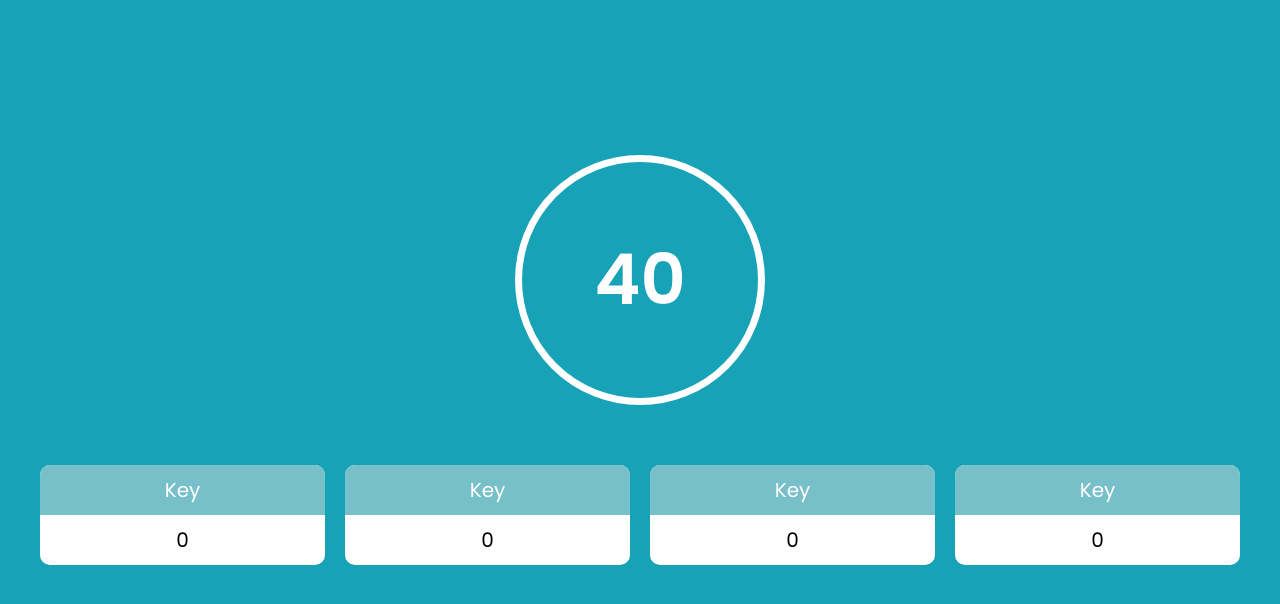
Repository: congnt98/Lean-javascript-in-project
Page: 30Days/6_Keydown/index.html
The author's editor kept a copy of each file at every save. The page is drawn from the files as they stood at one save, then again after the next save.
The browser window is 1280 px wide. The pictures show the whole page.

Above is the page before, as saved 2024-02-23 15:12:11.

After the next save:
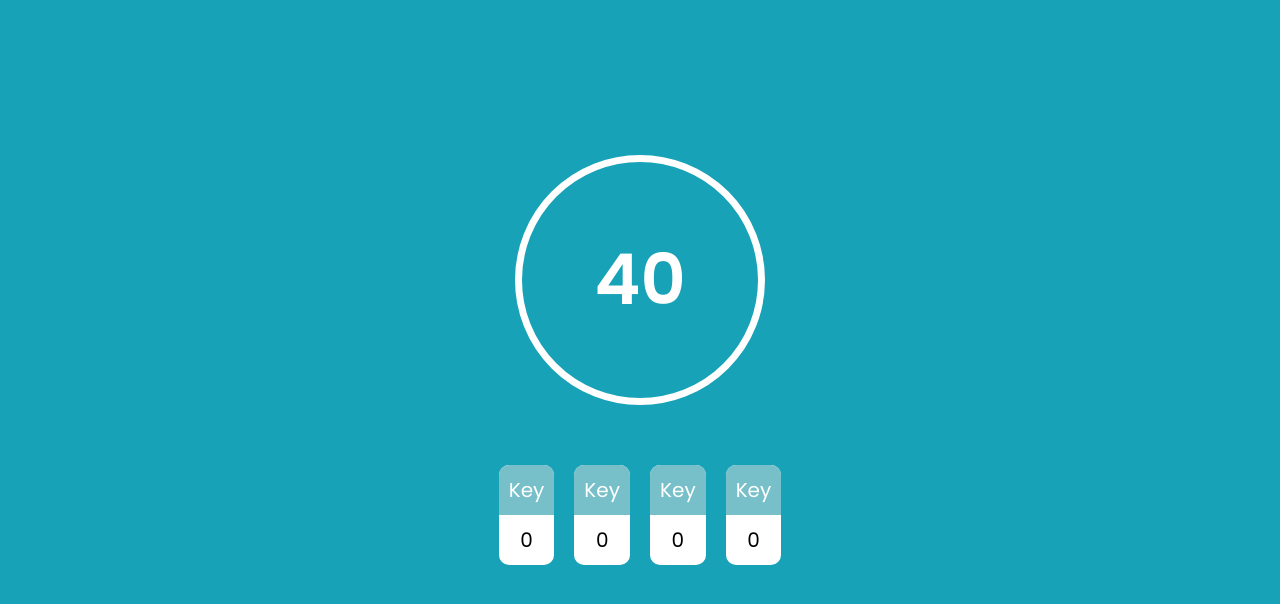
Saved 1 s later.
--- a/30Days/6_Keydown/index.html
+++ b/30Days/6_Keydown/index.html
@@ -14,7 +14,7 @@
 </head>
 
 <body>
-    <div class="warapper">
+    <div class="wrapper">
         <button class="alert hide">
             Press Any Key
         </button>

After the save that followed:
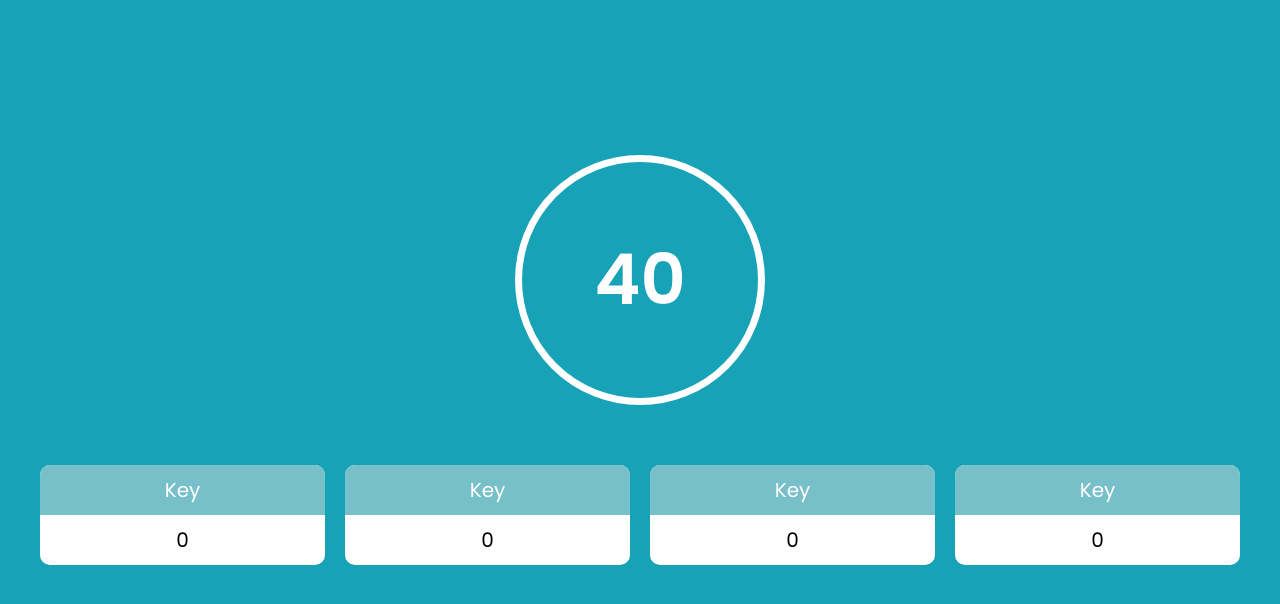
Saved 5 s later.
--- a/30Days/6_Keydown/style.css
+++ b/30Days/6_Keydown/style.css
@@ -22,7 +22,7 @@ body {
     display: none;
 }
 
-.warapper {
+.wrapper {
     max-width: 1200px;
     margin: 0 auto;
     width: 100%;
